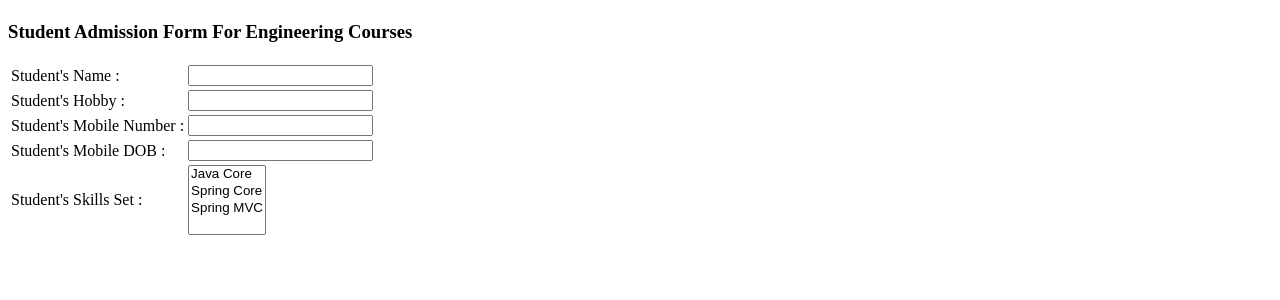
Repository: anujsachan89/Spring-MVC
Page: http://localhost/SpringMVC10/WEB-INF/jsp/AdmissionForm.jsp
An editor plug-in stored every save of this project. The page is shown before and after the next save, followed by the edit.
The browser window is 1280 px wide. The pictures show the whole page.
The page is served by Tomcat 9. Nobody is signed in. Other server files are loaded and not shown. The template is opened directly, without the code that normally fills it, so the values that code supplies are empty.

Above is the page before, as saved 2017-02-04 05:52:18.

### Spring-MVC workspace/SpringMVC10/src/main/webapp/WEB-INF/jsp/AdmissionForm.jsp
<%@ page language="java" contentType="text/html; charset=UTF-8"
	pageEncoding="UTF-8"%>
<!DOCTYPE html PUBLIC "-//W3C//DTD HTML 4.01 Transitional//EN" "http://www.w3.org/TR/html4/loose.dtd">
<html>
<head>
<meta http-equiv="Content-Type" content="text/html; charset=UTF-8">
<title>Insert title here</title>
</head>
<body>
	<h1> ${headerMessage} </h1>
	<h3>Student Admission Form For Engineering Courses</h3>
	<form action="submitAdmissionForm" method="post">
		<table>
		<tr>
		<td>Student's Name : </td>	<td>				<input type = "text" name = "studentName" /> </td>
		</tr>
		<tr>
		<td>Student's Hobby : </td>	<td>				<input type = "text" name = "studentHobby" /> </td>
		</tr>
		<tr>
		<td>Student's Mobile Number : </td>	<td>		<input type = "text" name = "studentName" /> </td>
		</tr>
		<tr>
		<td>Student's Mobile DOB : </td>	<td>		<input type = "text" name = "studentDOB" /> </td>
		</tr>
		<tr>
		<td>Student's Skills Set  : </td>	<td>		<select name = "studentSkills" multiple>
														<option value = "Java Core"> Java Core </option>
														<option value = "Spring Core"> Spring Core </option>
														<option value = "Spring MVC"> Spring MVC </option>
														</select><td>
		</tr>




		</tr>


		</table>
	</form>
</body>
</html>

After the next save:
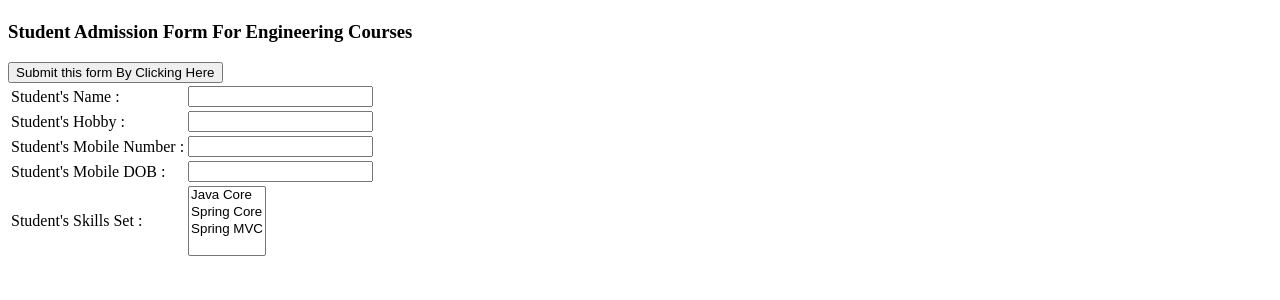
Saved 3 min 57 s later.
--- a/Spring-MVC workspace/SpringMVC10/src/main/webapp/WEB-INF/jsp/AdmissionForm.jsp
+++ b/Spring-MVC workspace/SpringMVC10/src/main/webapp/WEB-INF/jsp/AdmissionForm.jsp
@@ -31,10 +31,7 @@
 														</select><td>
 		</tr>
 
-
-
-
-		</tr>
+		<input type="Submit" value="Submit this form By Clicking Here" />
 
 
 		</table>
